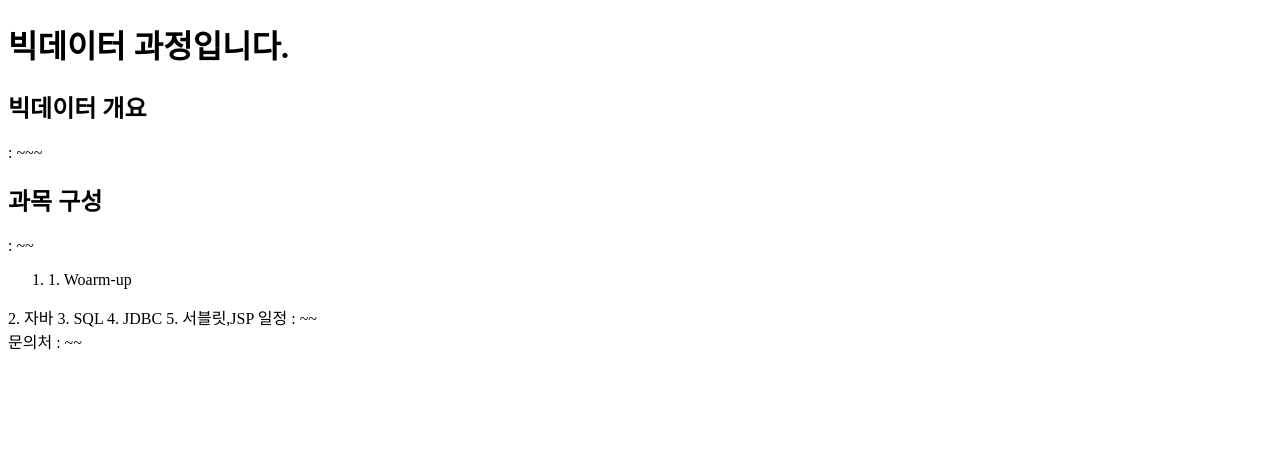
Repository: ybshim90/sesac1
Page: day_20211216_03_hello/src/main/webapp/hello.html
An editor plug-in stored every save of this project. The page is shown before and after the next save, followed by the edit.
The browser window is 1280 px wide. The pictures show the whole page.

Above is the page before, as saved 2021-12-16 07:38:18.

After the next save:
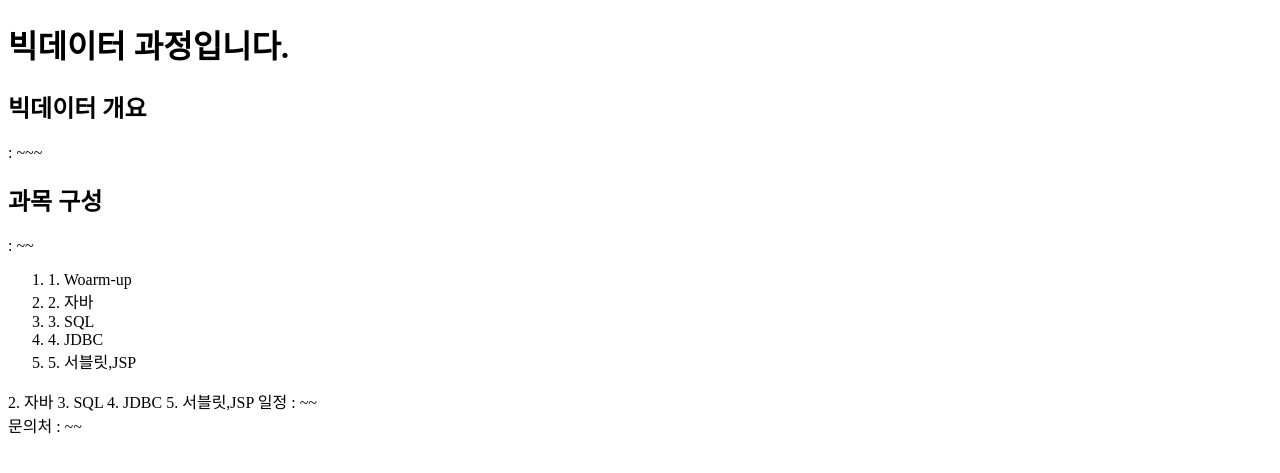
Saved 30 s later.
--- a/day_20211216_03_hello/src/main/webapp/hello.html
+++ b/day_20211216_03_hello/src/main/webapp/hello.html
@@ -10,6 +10,10 @@
 		<h2>과목 구성</h2> : ~~
 		<ol>
 			<li>1. Woarm-up</li>
+			<li>2. 자바</li>
+			<li>3. SQL</li>
+			<li>4. JDBC</li>
+			<li>5. 서블릿,JSP</li>
 		</ol>
 
 		2. 자바
